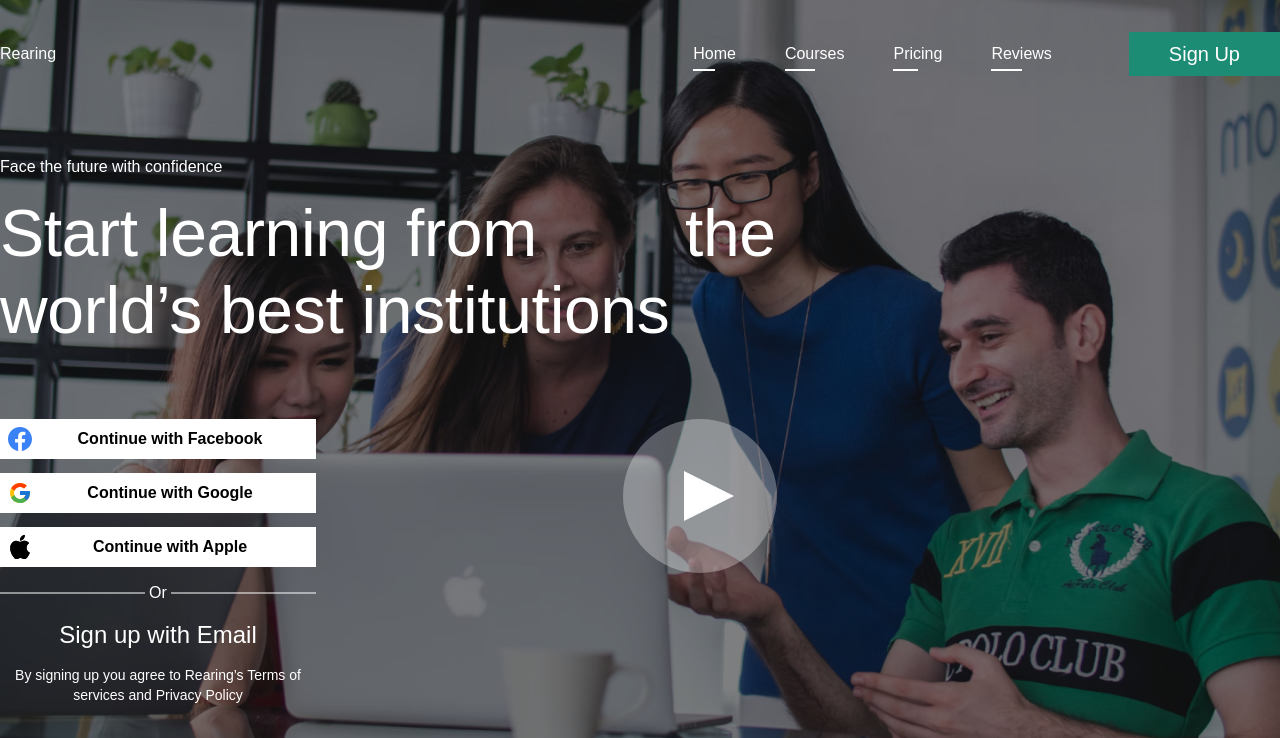
Repository: vandangnhathung/educationplatform
Page: /
The author's editor kept a copy of each file at every save. The page is drawn from the files as they stood at one save, then again after the next save.
The browser window is 1280 px wide. The pictures show the whole page.
The project was rebuilt for these pictures with package versions that can differ from the ones it lists, and the page was loaded fresh each time.

Above is the page before, as saved 2022-06-21 00:20:37.

### src/index.js
import React from "react";
import ReactDOM from "react-dom/client";
import App from "./App";
import reportWebVitals from "./reportWebVitals";
import "./index.css";
const root = ReactDOM.createRoot(document.getElementById("root"));
root.render(
  <React.StrictMode>
    <App />
  </React.StrictMode>
);

// If you want to start measuring performance in your app, pass a function
// to log results (for example: reportWebVitals(console.log))
// or send to an analytics endpoint. Learn more: https://bit.ly/CRA-vitals
reportWebVitals();

### src/App.js
import Header from "./components/Header";

function App() {
  return (
    <>
      <Header></Header>
    </>
  );
}

export default App;

### src/index.css
@tailwind base;
@tailwind components;
@tailwind utilities;
@import url("https://fonts.googleapis.com/css2?family=Urbanist:wght@100;200;300;400;500;600;700;800&display=swap");
*,
*::before,
*::after {
  box-sizing: border-box;
}
* {
  margin: 0;
  padding: 0;
}

html,
body {
  height: 100%;
}
body {
  line-height: 1.5;
  font-family: "Urbanist", sans-serif;
}

img,
picture,
video,
canvas,
svg {
  display: block;
  max-width: 100%;
}
input,
button,
textarea,
select {
  font: inherit;
  outline: none;
}
p,
h1,
h2,
h3,
h4,
h5,
h6 {
  overflow-wrap: break-word;
}

.container {
  max-width: 1280px;
  margin: 0 auto;
  width: 100%;
}

.active {
  position: relative;
}

.active::before {
  content: "";
  display: block;
  position: absolute;
  bottom: -5px;
  width: 50%;
  padding: 1px;
  left: 0;
  background-color: #fff;
}

### src/components/Header.js
import React, { useEffect } from "react";
import headerImg from "../images/Images.png";
import SignInSocial from "./button/SignInSocial";
import { FcGoogle } from "react-icons/fc";
import { BsApple } from "react-icons/bs";
import styled from "styled-components";

const HeaderStyles = styled.header`
  .text-or {
    color: white;
    position: relative;
    &:before {
      content: "";
      height: 1px;
      width: calc(50% - 13px);
      background-color: white;
      position: absolute;
      top: 50%;
      transform: translateY(-50%);
      right: 0;
    }
    &:after {
      content: "";
      height: 1px;
      width: calc(50% - 13px);
      background-color: white;
      position: absolute;
      top: 50%;
      transform: translateY(-50%);
      left: 0;
    }
  }
`;
const Header = () => {
  const headerNav = [
    {
      id: 1,
      title: "Home",
    },
    {
      id: 2,
      title: "Courses",
    },
    {
      id: 3,
      title: "Pricing",
    },
    {
      id: 4,
      title: "Reviews",
    },
  ];
  return (
    <HeaderStyles>
      <div className="relative">
        <img src={headerImg} alt="header_img" className="w-full" />
        <div className="absolute inset-0 bg-black opacity-50"></div>
        <div class="absolute top-0  left-0 right-0 ">
          <div class="container">
            <div className="pt-8 mb-[79px] header-top text-white flex items-center justify-between">
              <h1 className="">Rearing</h1>
              <div className="flex items-center">
                <nav className="mr-[77px]">
                  <ul className="flex items-center  gap-x-[49px] ">
                    {headerNav.map((item) => (
                      <li className="active cursor-pointer" key={item.id}>
                        {item.title}
                      </li>
                    ))}
                  </ul>
                </nav>
                <button className="py-2 px-10 bg-[#1D8C74] text-white text-xl ">
                  Sign Up
                </button>
              </div>
            </div>

            <div className="slogan text-white mb-[70px]">
              <h3 className="text-base mb-4">
                Face the future with confidence
              </h3>
              <h1 className="desc max-w-[777px] text-[66px] leading-[77px] w-full tracking-[-0.02rem] font-medium">
                Start learning from{" "}
                <span className="inline-block mr-28 "></span>{" "}
                <p className="inline-block">the</p> world’s best institutions
              </h1>
            </div>

            <div class="flex items-start">
              <div className="signup max-w-[316px] text-center mr-[307px]">
                <SignInSocial name="Facebook"></SignInSocial>
                <SignInSocial
                  name="Google"
                  icon={<FcGoogle></FcGoogle>}
                ></SignInSocial>
                <SignInSocial
                  name="Apple"
                  icon={<BsApple style={{ color: "#000" }}></BsApple>}
                ></SignInSocial>
                <p className="text-or mb-[14px] ">Or</p>
                <div class="text-center text-white flex flex-col gap-y-[14px]">
                  <p className="text-2xl">Sign up with Email</p>
                  <p className="text-sm">
                    By signing up you agree to Rearing’s Terms of services and
                    Privacy Policy{" "}
                  </p>
                </div>
              </div>
              <div className="play cursor-pointer">
                <div className="w-[154px] h-[154px] rounded-full bg-[#fff]/[0.3] hover:bg-[#ccc]/[1] transition-all duration-400 ease-linear relative">
                  <div className="play absolute w-[50px] h-[50px] border-[25px] border-x-0 border-transparent border-l-white border-l-[50px] top-1/2 -translate-y-1/2 left-1/2 -translate-x-[32%] hover:rotate-[360deg]  transition-all duration-500"></div>
                </div>
              </div>
            </div>

            <div className="header-statistic"></div>
          </div>
        </div>
      </div>
    </HeaderStyles>
  );
};

export default Header;

### src/components/button/SignInSocial.js
import React from "react";
import styled from "styled-components";
import { BsFacebook } from "react-icons/bs";

const SignInSocialStyles = styled.div`
  display: flex;
  align-items: center;
  padding: 8px;
  background-color: #fff;
  max-width: 316px;
  width: 100%;
  font-size: 16px;
  font-weight: 600;
  cursor: pointer;
  margin-bottom: 14px;
`;
const SignInSocial = ({ name = "", icon = <BsFacebook></BsFacebook> }) => {
  return (
    <SignInSocialStyles>
      <span className="inline-block text-blue-500 text-2xl">{icon}</span>
      <p className="m-auto">Continue with {name}</p>
    </SignInSocialStyles>
  );
};

export default SignInSocial;

Loaded but not shown: public/index.html (common file); src/reportWebVitals.js (common file); tailwind.config.js (common file)

After the next save:
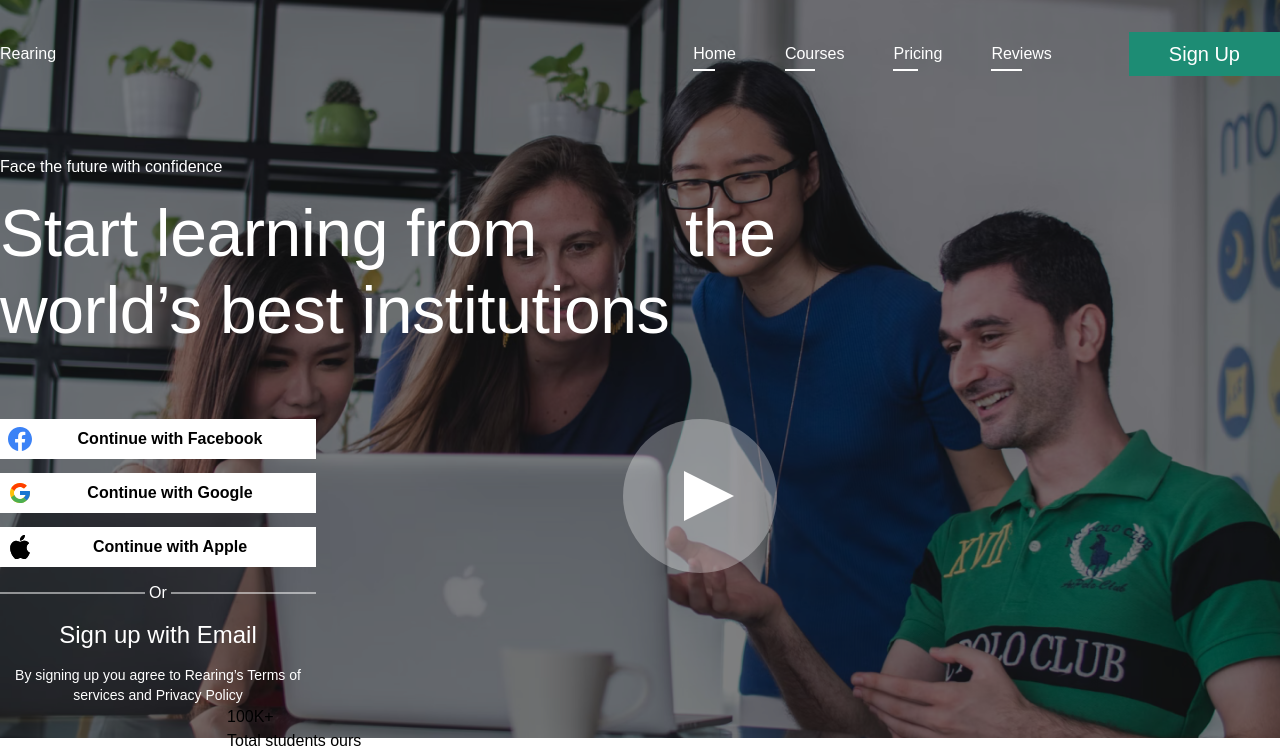
Saved 2 min 55 s later.
--- a/src/components/Header.js
+++ b/src/components/Header.js
@@ -113,7 +113,14 @@ const Header = () => {
               </div>
             </div>
 
-            <div className="header-statistic"></div>
+            <div className="header-statistic">
+              <div className="max-w-[826px] mx-auto flex items-center justify-between">
+                <div className="header-statistic__info">
+                  <span className="">100K+</span>
+                  <p className="">Total students ours</p>
+                </div>
+              </div>
+            </div>
           </div>
         </div>
       </div>
